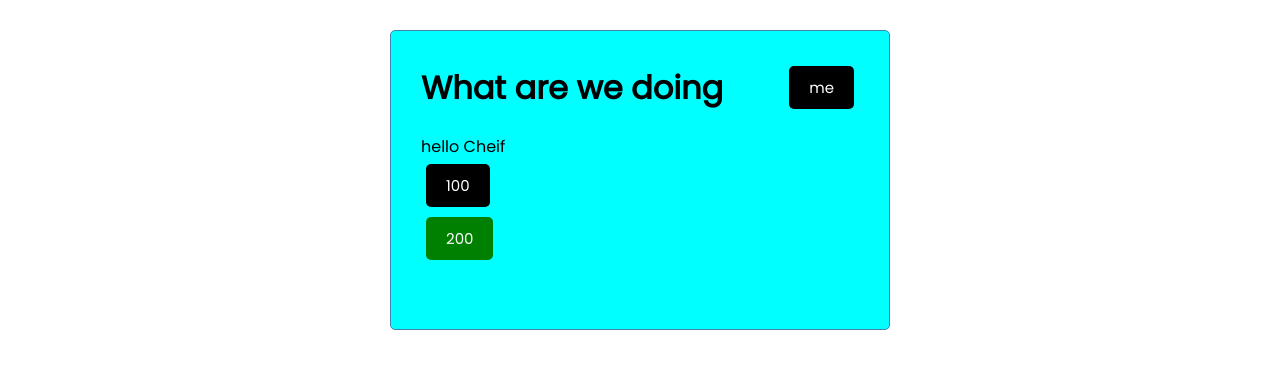
Repository: Jeffkw213/Learning_react
Page: / (app in myapp/)
The author's editor kept a copy of each file at every save. The page is drawn from the files as they stood at one save, then again after the next save.
The browser window is 1280 px wide. The pictures show the whole page.
The project was rebuilt for these pictures with package versions that can differ from the ones it lists, and the page was loaded fresh each time.

Above is the page before, as saved 2021-05-01 14:14:06.

### myapp/src/index.css
@import url('https://fonts.googleapis.com/css2?family=Poppins:wght@300;400&display=swap');

* {
  box-sizing: border-box;
  margin: 0;
  padding: 0;
}

body {
  font-family: 'Poppins', sans-serif;
}

.container {
  max-width: 500px;
  margin: 30px auto;
  overflow: auto;
  min-height: 300px;
  border: 1px solid steelblue;
  padding: 30px;
  border-radius: 5px;
  background-color: aqua;

}

.header {
  display: flex;
  justify-content: space-between;
  align-items: center;
  margin-bottom: 20px;
}

.btn {
  display: inline-block;
  background: #000;
  color: #fff;
  border: none;
  padding: 10px 20px;
  margin: 5px;
  border-radius: 5px;
  cursor: pointer;
  text-decoration: none;
  font-size: 15px;
  font-family: inherit;
}

.btn:focus {
  outline: none;
}

.btn:active {
  transform: scale(0.98);
}

.btn-block {
  display: block;
  width: 100%;
}

.task {
  background: #f4f4f4;
  margin: 5px;
  padding: 10px 20px;
  cursor: pointer;
}

.task.reminder {
  border-left: 5px solid green;
}

.task h3 {
  display: flex;
  align-items: center;
  justify-content: space-between;
}

.add-form {
  margin-bottom: 40px;
}

.form-control {
  margin: 20px 0;
}

.form-control label {
  display: block;
}

.form-control input {
  width: 100%;
  height: 40px;
  margin: 5px;
  padding: 3px 7px;
  font-size: 17px;
}

.form-control-check {
  display: flex;
  align-items: center;
  justify-content: space-between;
}

.form-control-check label {
  flex: 1;
}

.form-control-check input {
  flex: 2;
  height: 20px;
}

footer {
  margin-top: 30px;
  text-align: center;
}

### myapp/src/App.js
import Header from './Components/header'
import Body from './Components/body'
function App() {
  // const name = 'jeff'
  var onAdd = true;
  return (
    // <div className='container'>
    //  <h1> Starting of React </h1>
    //  <h2> Hello {name} </h2>
    // </div>
    <div className='container'>
      <Header onAdd={onAdd}/>
      <Body />
    </div>
  );
}

export default App;

### myapp/src/Components/header.js
import PropTypes from 'prop-types'
import Button from './button'
const Header = ({title}) => {
    return (
        <header className= 'header'>
            <h1>{title}</h1>
            <Button name='me' func= {() => myfunction()}/>
        </header>
    )
}

Header.defaultProps = {
    title: "What are we doing",
}

Header.propTypes= {
    title:PropTypes.string.isRequired,
}

function myfunction(){
    console.log('me button');
}

export default Header

### myapp/src/Components/body.js
import Button from './button'
const body = ({text}) => {
    return (
        <div>
            <body className ='body'>{text}</body>
                <Button name='100' func={()=>{console.log("HELLO")}}/>
                <Button color = 'green' name='200' func={()=>{myfunction()}}/>
                <p id='text'></p>
        </div>
    )
}

body.defaultProps = {
    text: "hello Cheif",
}

function myfunction(){
    document.getElementById('text').innerHTML = Date();
}

export default body

### myapp/src/Components/button.js
const button = ({name, func, color}) => {
    return (
        <div>
            <button className='btn'
            onClick={func}
            style={{backgroundColor: color}}>{name}</button>
        </div>
    )
}

button.defaultProps = {
    name: "button",
}

export default button

Loaded but not shown: myapp/public/index.html (common file); myapp/src/index.js (common file); myapp/src/reportWebVitals.js (common file)

After the next save:
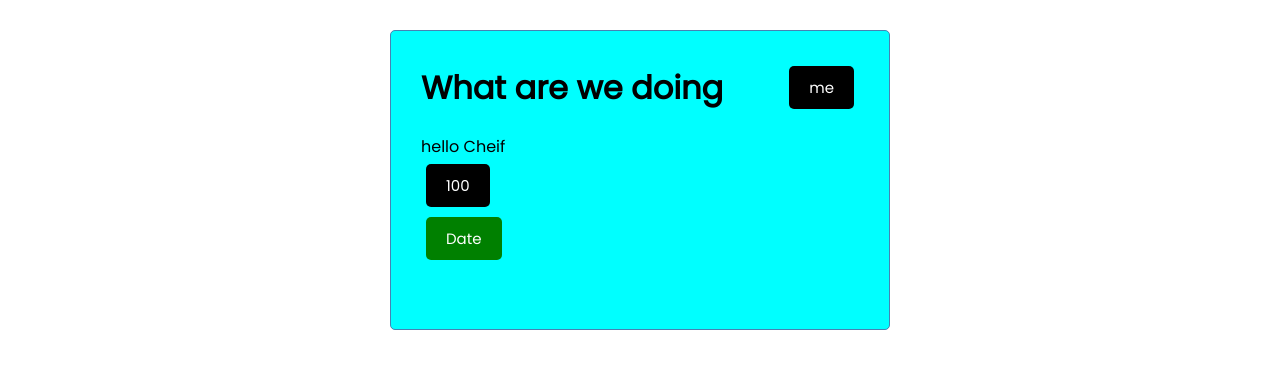
Saved 7 min 11 s later.
--- a/myapp/src/Components/body.js
+++ b/myapp/src/Components/body.js
@@ -4,7 +4,7 @@ const body = ({text}) => {
         <div>
             <body className ='body'>{text}</body>
                 <Button name='100' func={()=>{console.log("HELLO")}}/>
-                <Button color = 'green' name='200' func={()=>{myfunction()}}/>
+                <Button color = 'green' name='Date' func={()=>{myfunction()}}/>
                 <p id='text'></p>
         </div>
     )
